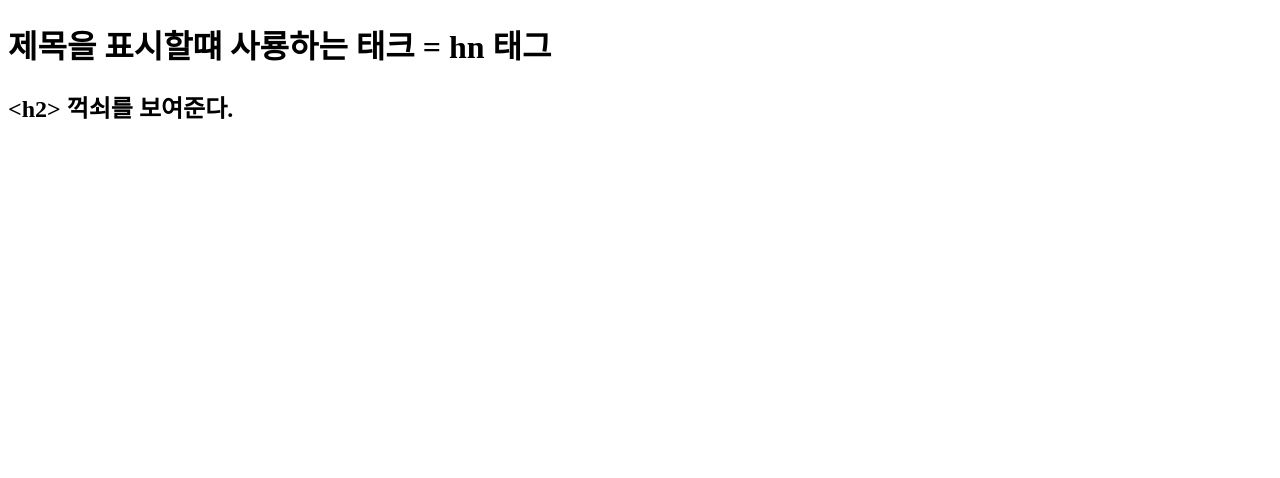
Repository: jaehyeon0418/workspace123
Page: w1024/src/main/webapp/w1024_01.html
The author's editor kept a copy of each file at every save. The page is drawn from the files as they stood at one save, then again after the next save.
The browser window is 1280 px wide. The pictures show the whole page.

Above is the page before, as saved 2022-10-24 01:34:10.

After the next save:
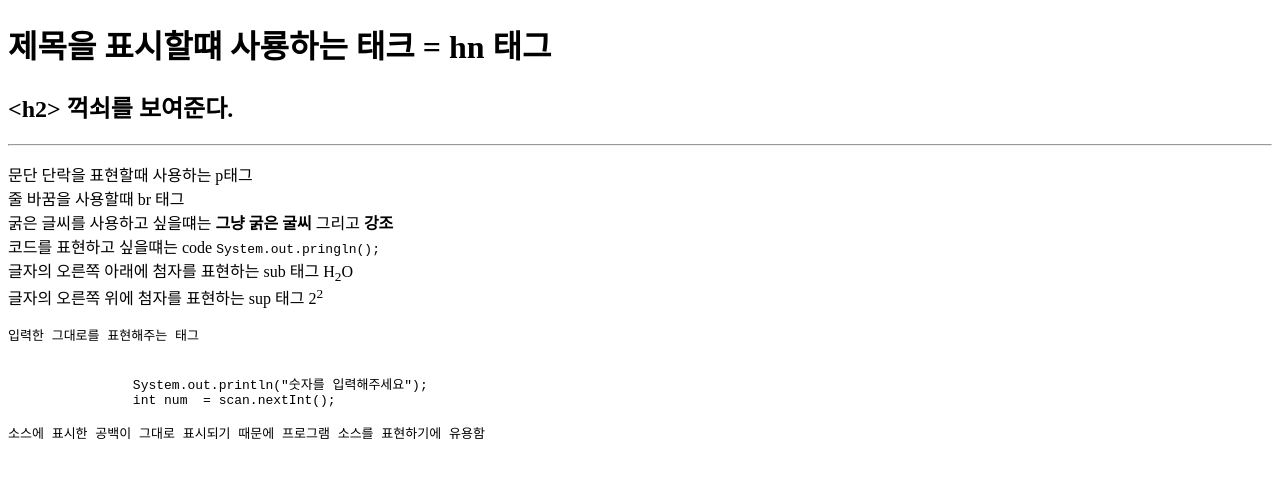
Saved 4 min 48 s later.
--- a/w1024/src/main/webapp/w1024_01.html
+++ b/w1024/src/main/webapp/w1024_01.html
@@ -11,5 +11,29 @@
 	가로선을 그어주는 <hr>
 
 -->
+<hr>
+
+<p> 문단 단락을 표현할때 사용하는 p태그
+<br> 줄 바꿈을 사용할때 br 태그 <br>
+
+굵은 글씨를 사용하고 싶을떄는 <b>그냥 굵은 굴씨</b> 그리고 <strong>강조</strong>
+<br>
+코드를 표현하고 싶을떄는 code <code>System.out.pringln();</code>
+<br>
+글자의 오른쪽 아래에 첨자를 표현하는 sub 태그 H<sub>2</sub>O
+<br>
+글자의 오른쪽 위에 첨자를 표현하는 sup 태그 2<sup>2</sup>
+<br>
+<pre>
+입력한 그대로를 표현해주는 태그
+
+
+		System.out.println("숫자를 입력해주세요");
+		int num  = scan.nextInt();
+
+소스에 표시한 공백이 그대로 표시되기 때문에 프로그램 소스를 표현하기에 유용함
+
+</pre>
+
 </body>
 </html>
